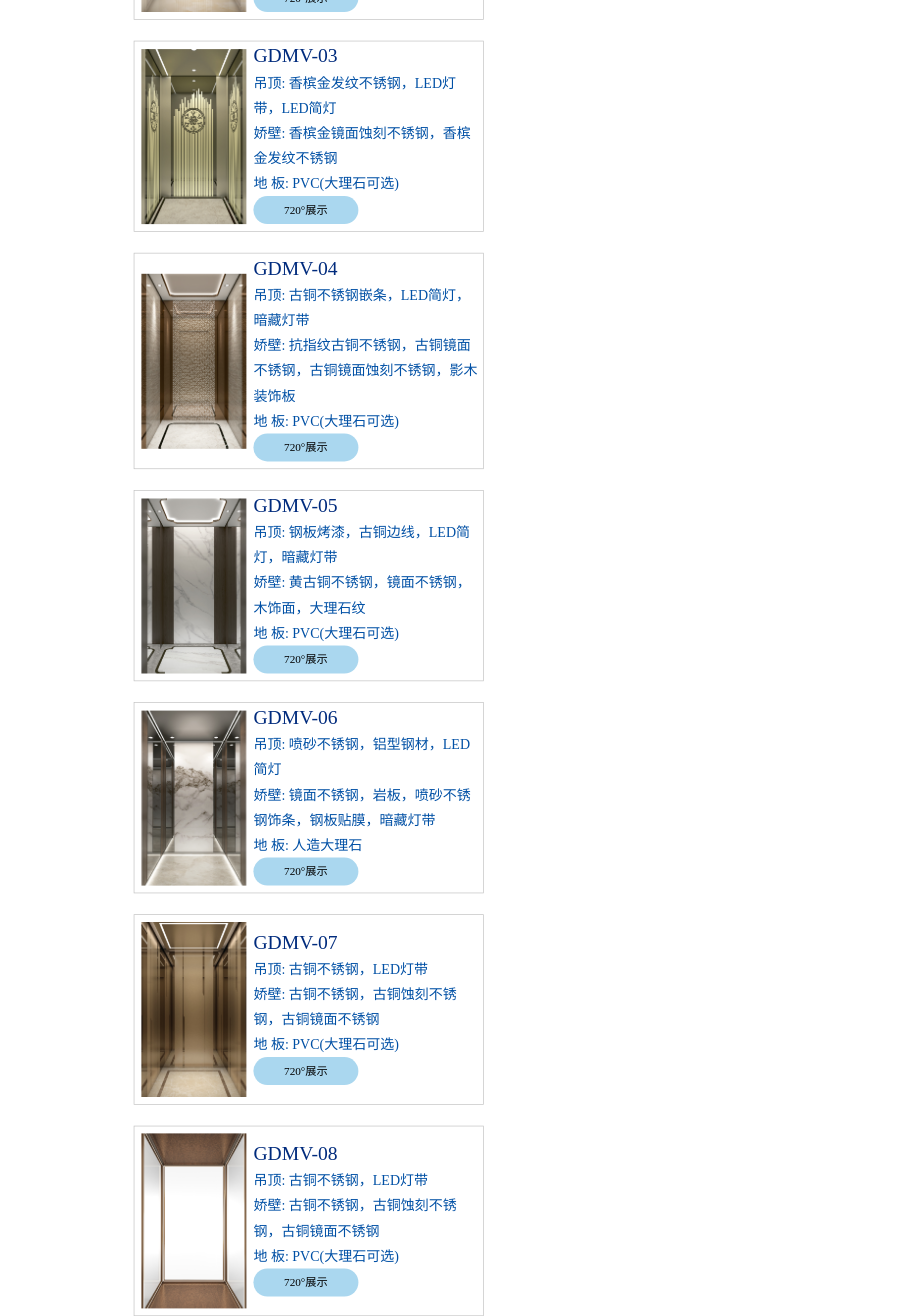
Repository: XIE-code/elevator-ipad
Page: /#/product/Villa
An editor plug-in stored every save of this project. The page is shown before and after the next save, followed by the edit.
The browser window is 1280 px wide. The page is 1288 px wide, so the pictures cover 1288 px, including what lies to the right of the window. The pictures show the part of the page from y = 943 to 2823 px (the page is 2823 px tall), at 70% of full size.
The project was rebuilt for these pictures with package versions that can differ from the ones it lists, and the page was loaded fresh each time. Also part of the build but not shown: vue.config.js.

Above is the page before, as saved 2025-03-26 09:42:56.

After the next save:
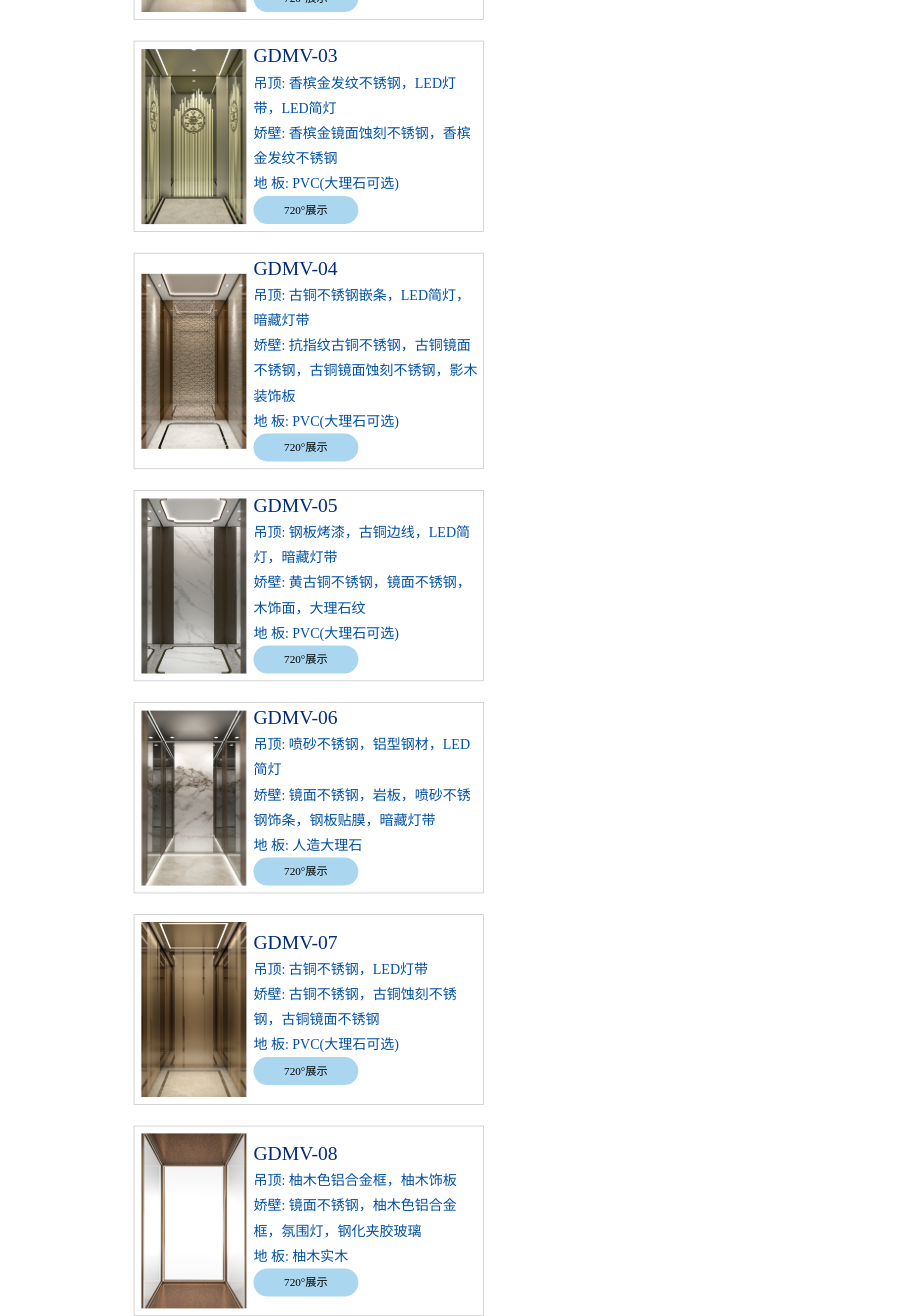
Saved 73 s later.
--- a/src/views/product/VillaElevator.vue
+++ b/src/views/product/VillaElevator.vue
@@ -279,12 +279,10 @@
                             <div class="web-passenger-product-box-text">
                                 <span class="text4">GDMV-08</span><br />
                                 <span class="text5"
-                                    >吊顶:&nbsp;古铜不锈钢，LED灯带<br />
-                                    娇壁:&nbsp;古铜不锈钢，古铜蚀刻不锈钢，古铜镜面不锈钢</span
-                                ><br />
-                                <span class="text5"
-                                    >地 板:&nbsp;PVC(大理石可选)</span
-                                >
+                                    >吊顶:&nbsp;柚木色铝合金框，柚木饰板<br />
+                                    娇壁:&nbsp;镜面不锈钢，柚木色铝合金框，氛围灯，钢化夹胶玻璃</span
+                                ><br />
+                                <span class="text5">地 板:&nbsp;柚木实木</span>
                                 <div
                                     class="web-passenger-product-box-text-bottom"
                                 >
